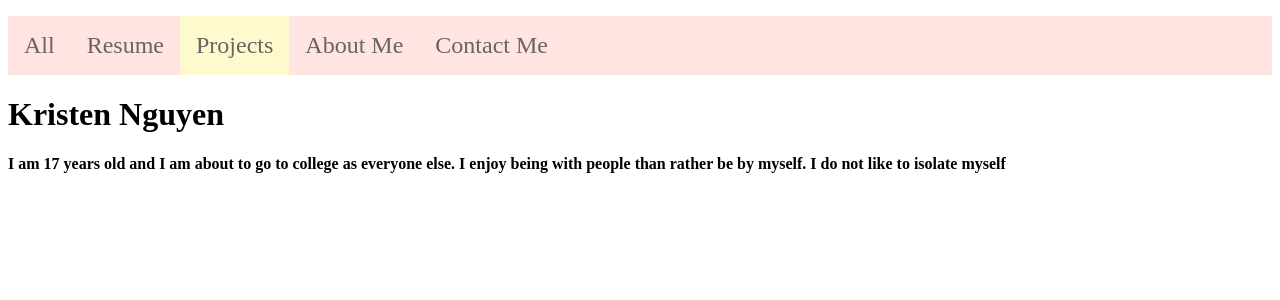
Repository: GiangNguyen2805/GiangNguyen2805.github.io
Page: aboutme.html
The author's editor kept a record of every edit. The page is drawn from the files as they stood at one moment, then again after the next edit.
The browser window is 1280 px wide. The pictures show the whole page.

Above is the page before.

### aboutme.html
<!DOCTYPE html>
<html>
<head>
<title>Home Page</title>
<link rel="stylesheet" type="text/css" href="style.css">

</head>
<body>
<ul class="navbar">
<li><a href="/index.html">All</a></li>
<li ><a href="resume.html">Resume</a></li>
<li class="dropdown">
    <div class="active">Projects</div>
    <ul class="dropdown-content">
        <li><a href="a">Project 1</a></li>
        <li><a href="a">Project 2</a></li>
        <li><a href="a">Project 3</a></li>
    </ul>
<li><a href="about me.html">About Me</a></li>

<li><a href="contact me.html">Contact Me</a></li>


</ul>

    <h1>Kristen Nguyen</h1>

    <h4> I am 17 years old and I am about to go to college as everyone else. I enjoy being with people than rather be by myself. I do not like to isolate myself


</li>
</body>
</html>

### style.css
.navbar{
        list-style: none;
        background-color: mistyrose;
        overflow: hidden;
        padding: 0;
    }
    .navbar a, .dropdown div{
        text-decoration: none;
        color: #6B6363 ;
        font-size: 24px;
        padding: 16px;
        display: inline-block;
    }
   .navbar li{
       float: left;
   }
   .navbar li:hover{
       background-color: lightsalmon;
   }
   .dropdown-content{
       list-style: none;
       padding: 0;
       display: none;
       position: absolute;
       z-index: 1;
       background-color: darkgoldenrod
   }
   .dropdown-content li{
       float: none;
   }
   .dropdown:hover .dropdown-content{
       display: block;
   }
   .active{
       background-color: lemonchiffon;
   }

After the next edit:
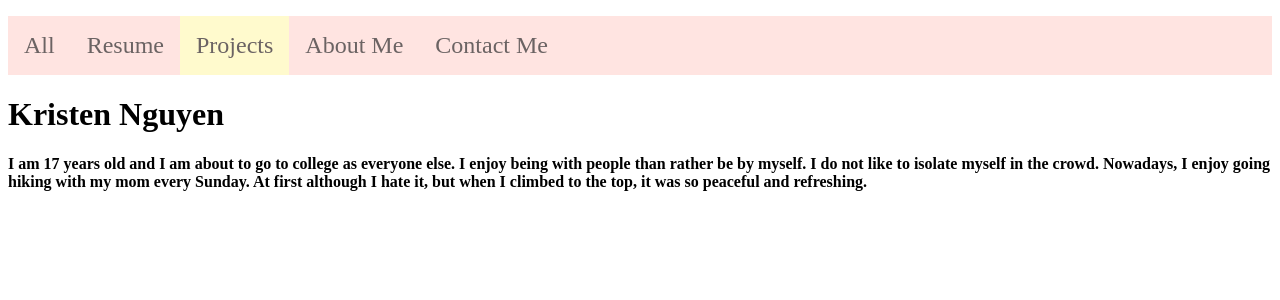
The edit:
--- a/aboutme.html
+++ b/aboutme.html
@@ -25,7 +25,7 @@
 
     <h1>Kristen Nguyen</h1>
 
-    <h4> I am 17 years old and I am about to go to college as everyone else. I enjoy being with people than rather be by myself. I do not like to isolate myself
+    <h4> I am 17 years old and I am about to go to college as everyone else. I enjoy being with people than rather be by myself. I do not like to isolate myself in the crowd. Nowadays, I enjoy going hiking with my mom every Sunday. At first although I hate it, but when I climbed to the top, it was so peaceful and refreshing.</h4>
 
 
 </li>
